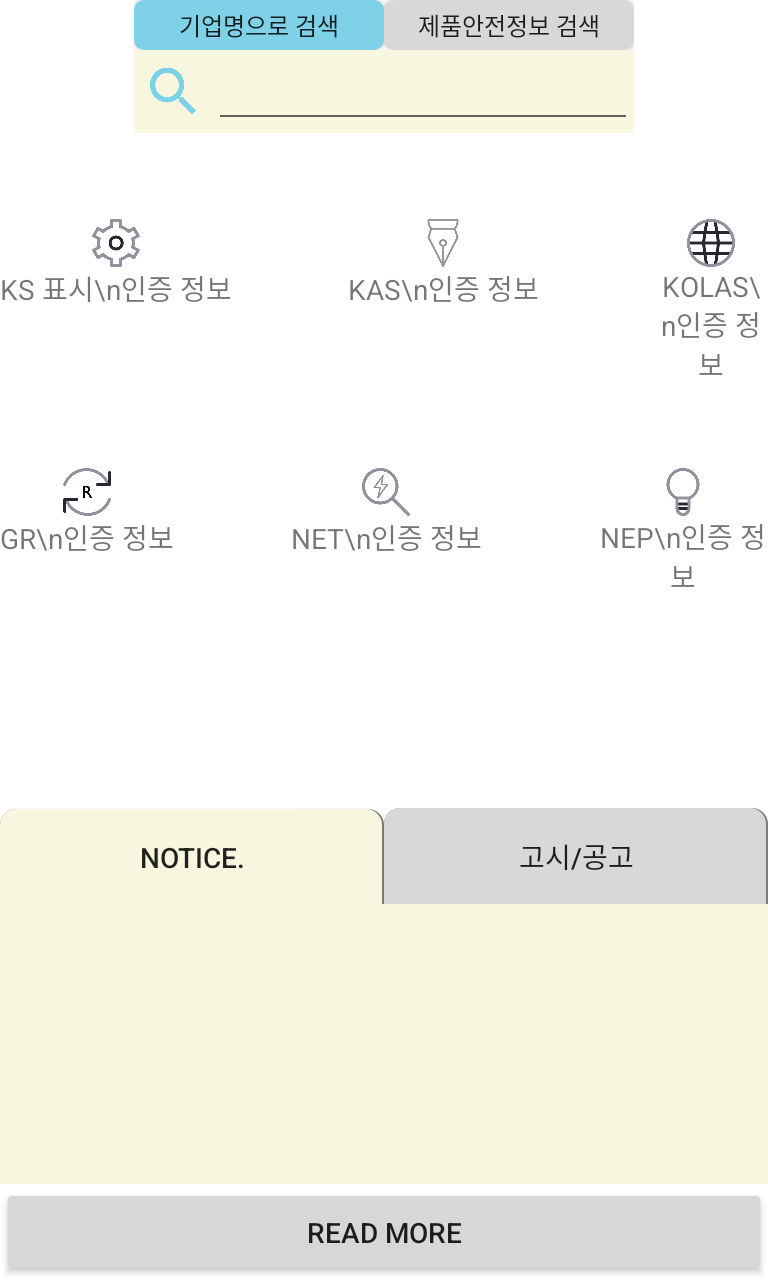
Repository: team-peony/ccfinder
Layout: android/CertifiedCompanyFinder/res/layout/fragment_main.xml
The author's editor kept a copy of each file at every save. The layout is drawn from the files as they stood at one save, then again after the next save.
It is drawn on a 768 x 1280 px phone screen (xhdpi) without system bars, with theme AppTheme; the app's code is not run. Lists and similar views that code fills are empty.

Above is the layout before, as saved 2015-02-19 17:42:44.

After the next save:
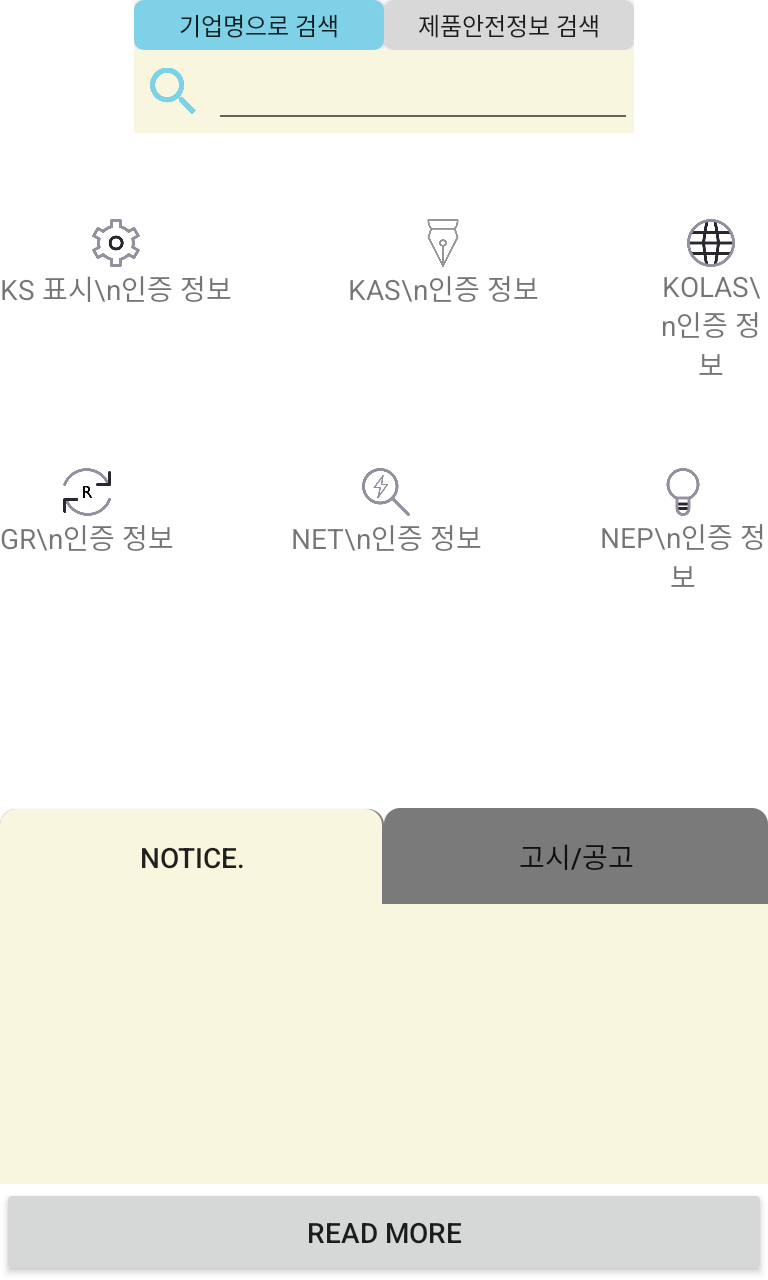
Saved 30 s later.
--- a/android/CertifiedCompanyFinder/res/drawable/notice_tab_unselected.xml
+++ b/android/CertifiedCompanyFinder/res/drawable/notice_tab_unselected.xml
@@ -1,7 +1,5 @@
 <?xml version="1.0" encoding="utf-8"?>
-<layer-list xmlns:android="http://schemas.android.com/apk/res/android" >
-    <item>
-        <shape>
+<shape xmlns:android="http://schemas.android.com/apk/res/android" >
             <corners
                 android:radius="1dp"
                 android:topLeftRadius="8dp"
@@ -10,17 +8,3 @@
 		        android:bottomRightRadius="0dp"/>
 			<solid android:color="@color/cc_color_shadow"/>
         </shape>
-    </item>
-
-    <item android:right="1dp">
-        <shape>
-		    <corners
-		        android:radius="1dp"
-		        android:topLeftRadius="8dp"
-		        android:topRightRadius="8dp"
-		        android:bottomLeftRadius="0dp"
-		        android:bottomRightRadius="0dp"/>
-			<solid android:color="@color/cc_color_unselected"/>
-		</shape>
-    </item>
-</layer-list>
